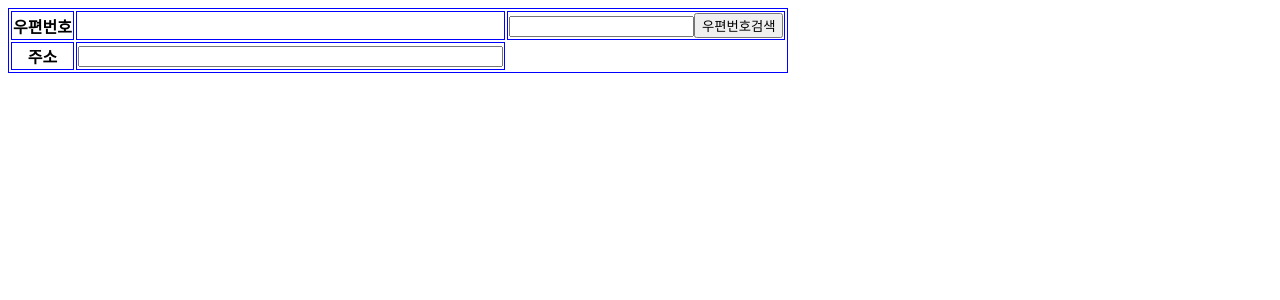
Repository: poomshen/team_03_project2
Page: JavaScript/WebContent/Ex13_Script_Zipcode.html
The author's editor kept a copy of each file at every save. The page is drawn from the files as they stood at one save, then again after the next save.
The browser window is 1280 px wide. The pictures show the whole page.

Above is the page before, as saved 2016-08-31 00:33:51.

After the next save:
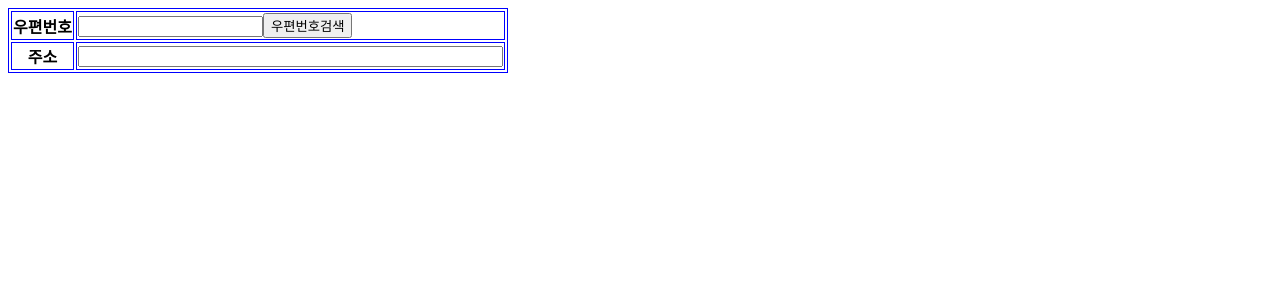
Saved 7 s later.
--- a/JavaScript/WebContent/Ex13_Script_Zipcode.html
+++ b/JavaScript/WebContent/Ex13_Script_Zipcode.html
@@ -14,7 +14,7 @@
  	<form action="" name="mainform">
  		<table>
  			<tr>
- 					<th>우편번호<th>
+ 					<th>우편번호</th>
  					<td><input type="text" name="zipcode"><input type="button" value="우편번호검색"  onclick="window.open('Ex13_popup.html','zip' ,'width = 500 , height = 300')">
  					 </td>
  			</tr>
